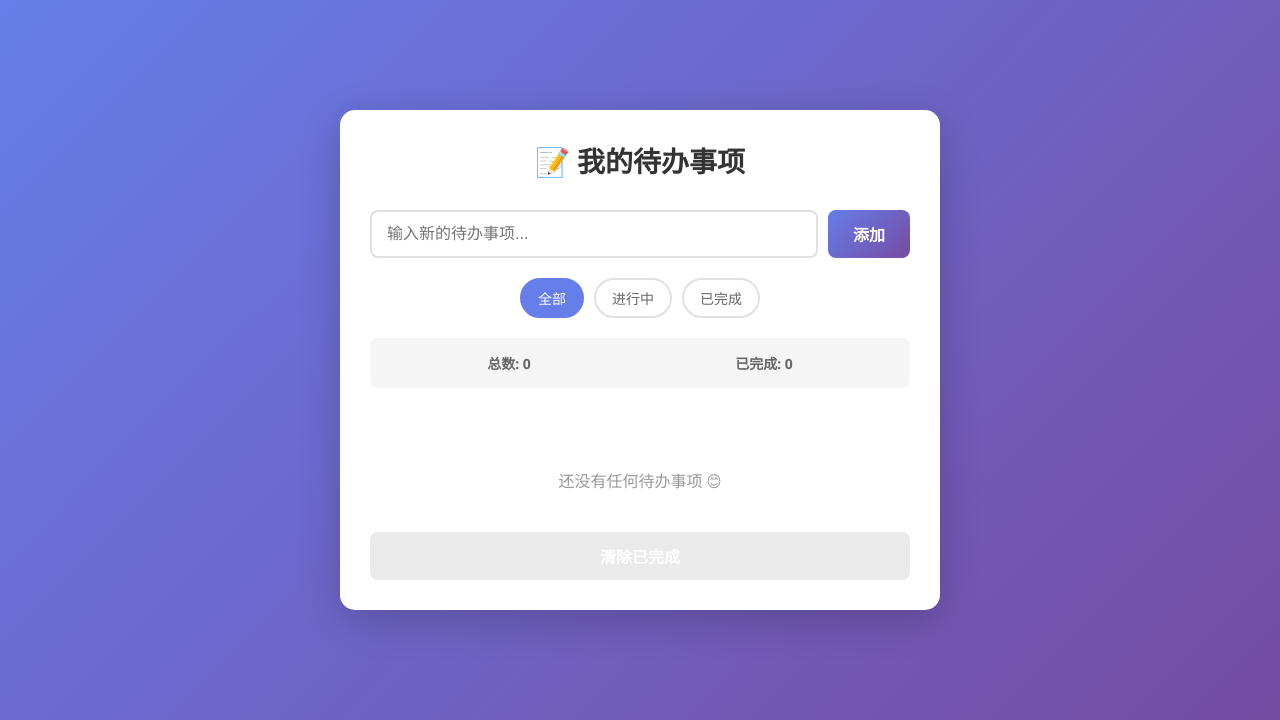
Repository: mycicai/todoapp
Page: index.html
The author's editor kept a copy of each file at every save. The page is drawn from the files as they stood at one save, then again after the next save.
The browser window is 1280 px wide. The pictures show the whole page.

Above is the page before, as saved 2026-01-26 19:47:27.

After the next save:
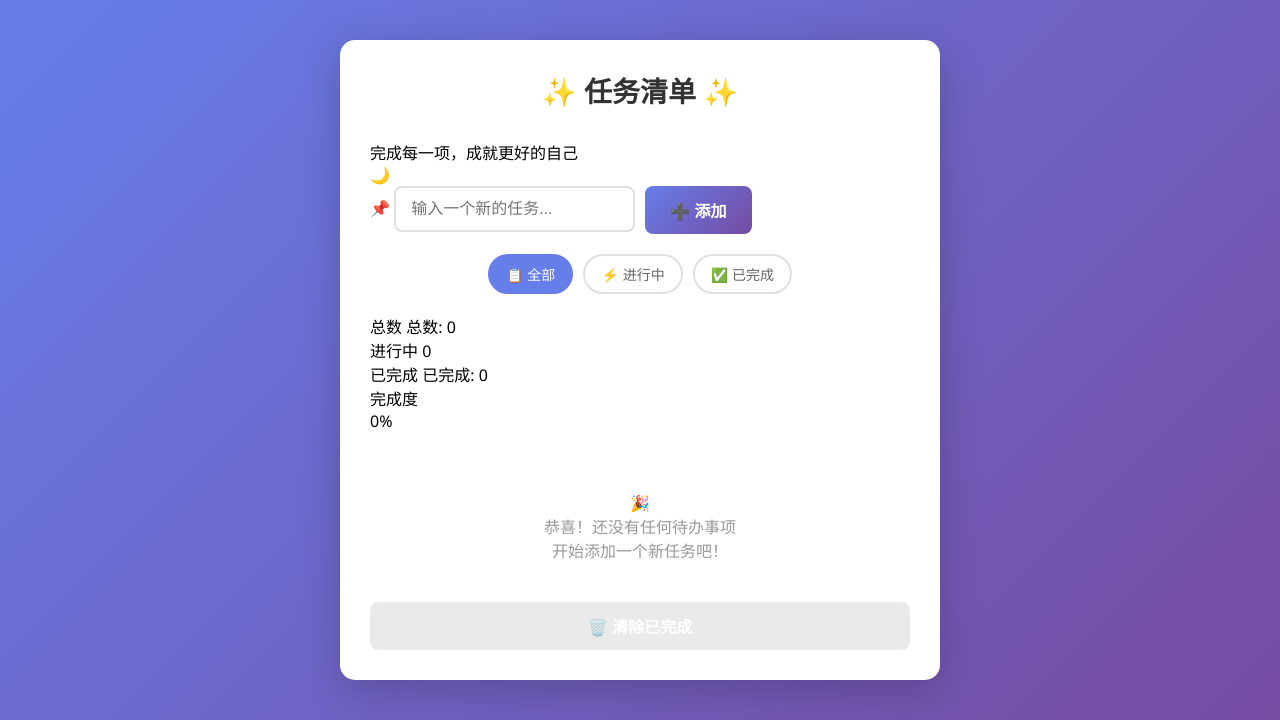
Saved 3 min 51 s later.
--- a/index.html
+++ b/index.html
@@ -3,33 +3,74 @@
 <head>
     <meta charset="UTF-8">
     <meta name="viewport" content="width=device-width, initial-scale=1.0">
-    <title>Todo App</title>
+    <title>高级 Todo App</title>
     <link rel="stylesheet" href="style.css">
 </head>
 <body>
+    <div class="stars"></div>
     <div class="container">
         <div class="todo-app">
-            <h1>📝 我的待办事项</h1>
+            <div class="app-header">
+                <div class="header-content">
+                    <h1 class="app-title">✨ 任务清单 ✨</h1>
+                    <p class="subtitle">完成每一项，成就更好的自己</p>
+                </div>
+                <div class="theme-toggle" id="themeToggle">
+                    <span>🌙</span>
+                </div>
+            </div>
 
             <div class="input-container">
-                <input
-                    type="text"
-                    id="todoInput"
-                    placeholder="输入新的待办事项..."
-                    class="todo-input"
-                >
-                <button id="addBtn" class="add-btn">添加</button>
+                <div class="input-wrapper">
+                    <span class="input-icon">📌</span>
+                    <input
+                        type="text"
+                        id="todoInput"
+                        placeholder="输入一个新的任务..."
+                        class="todo-input"
+                    >
+                </div>
+                <button id="addBtn" class="add-btn">
+                    <span>➕</span>
+                    <span>添加</span>
+                </button>
             </div>
 
             <div class="filter-container">
-                <button class="filter-btn active" data-filter="all">全部</button>
-                <button class="filter-btn" data-filter="active">进行中</button>
-                <button class="filter-btn" data-filter="completed">已完成</button>
+                <button class="filter-btn active" data-filter="all">
+                    <span class="filter-icon">📋</span>
+                    <span>全部</span>
+                </button>
+                <button class="filter-btn" data-filter="active">
+                    <span class="filter-icon">⚡</span>
+                    <span>进行中</span>
+                </button>
+                <button class="filter-btn" data-filter="completed">
+                    <span class="filter-icon">✅</span>
+                    <span>已完成</span>
+                </button>
             </div>
 
-            <div class="stats">
-                <span id="totalCount">总数: 0</span>
-                <span id="completedCount">已完成: 0</span>
+            <div class="stats-container">
+                <div class="stat-card">
+                    <span class="stat-label">总数</span>
+                    <span class="stat-value" id="totalCount">0</span>
+                </div>
+                <div class="stat-card">
+                    <span class="stat-label">进行中</span>
+                    <span class="stat-value" id="activeCount">0</span>
+                </div>
+                <div class="stat-card">
+                    <span class="stat-label">已完成</span>
+                    <span class="stat-value completed" id="completedCount">0</span>
+                </div>
+                <div class="stat-card progress-card">
+                    <span class="stat-label">完成度</span>
+                    <div class="progress-bar">
+                        <div class="progress-fill" id="progressFill"></div>
+                    </div>
+                    <span class="stat-value" id="progressPercent">0%</span>
+                </div>
             </div>
 
             <ul id="todoList" class="todo-list">
@@ -37,10 +78,17 @@
             </ul>
 
             <div class="empty-state" id="emptyState">
-                <p>还没有任何待办事项 😊</p>
+                <div class="empty-icon">🎉</div>
+                <p class="empty-text">恭喜！还没有任何待办事项</p>
+                <p class="empty-subtext">开始添加一个新任务吧！</p>
             </div>
 
-            <button id="clearBtn" class="clear-btn">清除已完成</button>
+            <div class="action-buttons">
+                <button id="clearBtn" class="clear-btn">
+                    <span>🗑️</span>
+                    <span>清除已完成</span>
+                </button>
+            </div>
         </div>
     </div>
 
